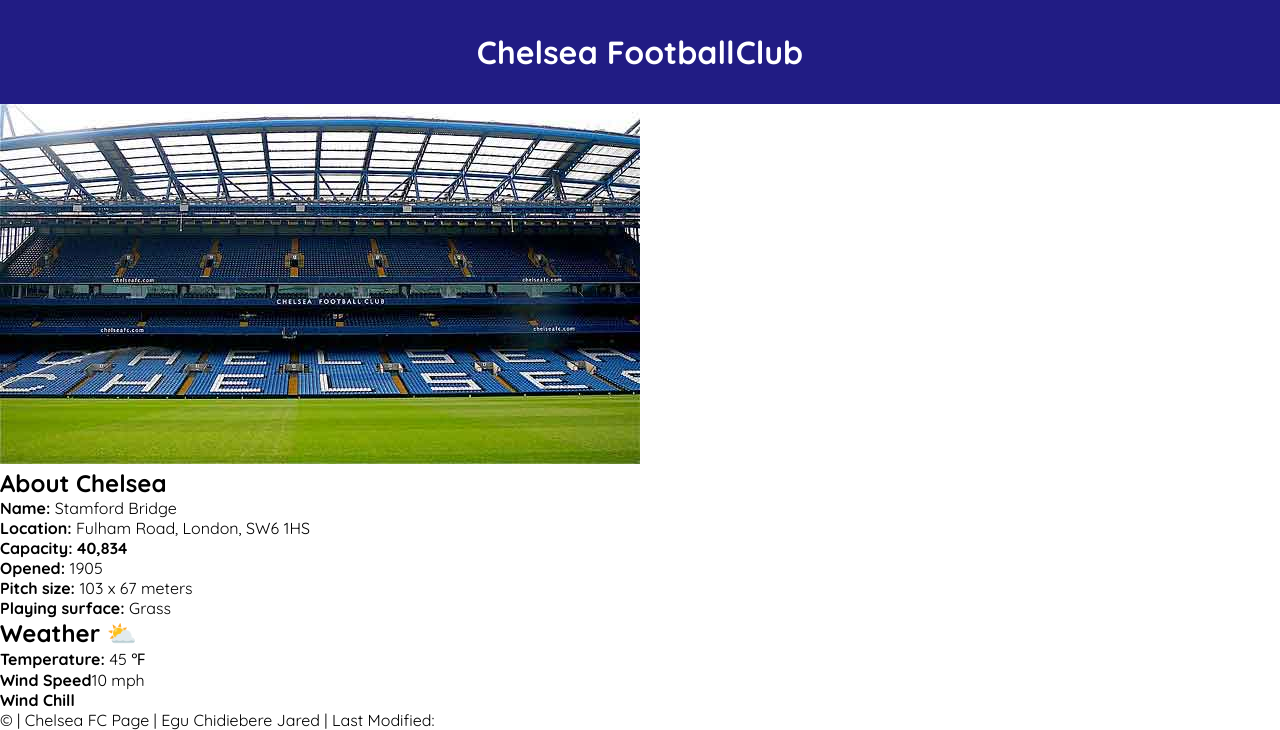
Repository: EguJaredoBoyd/wdd131
Page: place..html
An editor plug-in stored every save of this project. The page is shown before and after the next save, followed by the edit.
The browser window is 1280 px wide. The pictures show the whole page.
Some web libraries are served in a nearby version.

Above is the page before, as saved 2025-05-23 23:03:50.

### place..html
<!DOCTYPE html>
<html lang="en">

<head>
    <meta charset="UTF-8">
    <meta name="viewport" content="width=device-width, initial-scale=1.0">
    <meta name="description" content="A simple responsive webpage that shows a gallery picture of different temples">
    <meta name="author" content="Egu Chidiebere Jared">
    <title>WDD131 - Chelsea Football Club - Egu Chidiebere Jared</title>
    <link rel="preconnect" href="https://fonts.googleapis.com">
    <link rel="preconnect" href="https://fonts.gstatic.com" crossorigin>
    <link href="https://fonts.googleapis.com/css2?family=Quicksand:wght@300..700&display=swap" rel="stylesheet">
    <link rel="stylesheet" href="https://cdn.jsdelivr.net/npm/remixicon@4.6.0/fonts/remixicon.min.css">
    <link rel="stylesheet" href="./styles/place.css">
    <link rel="stylesheet" href="./styles/place-large.css">
    <script src="./scripts/place.js" defer></script>
</head>
<body>
    <header>
        <h1>Chelsea Football <span id="club"> Club</span></h1>
    </header>
    <main>
        <section>
            <picture>
                <source media="(max-width 768px)" srcset="./images/stanford-mobile-size.webp" sizes="100vw">
                <source media="(min-width: 769px)" srcset="./images/stanford-bridge.webp" sizes="100vw">
                <img src="./images/stanford-mobile-size.webp" alt="stamford bridge">
            </picture>
        </section>
        <section class="info">
            <h2>About Chelsea</h2>
            <p><strong>Name: </strong> Stamford Bridge</p>
            <p><strong>Location: </strong>Fulham Road, London, SW6 1HS</p>
            <p><strong>Capacity: 40,834</strong></p>
            <p><strong>Opened: </strong>1905</p>
            <p><strong>Pitch size: </strong>103 x 67 meters</p>
            <p><strong>Playing surface: </strong>Grass</p>
        </section>
        <section class="weather">
            <h2>Weather <span>⛅</span></h2>
            <p><strong>Temperature: </strong><span id="temp">45</span> ℉</p>
            <p><strong>Wind Speed</strong><span id="speed">10</span> mph</p>
            <p><strong>Wind Chill</strong><span id="chill"></span></p>
        </section>
    </main>
    <footer>
        <p>&copy; <span id="year"></span> | Chelsea FC Page | Egu Chidiebere Jared |  Last Modified: <span id="lastModified"></span></p>
    </footer>

</body>
</html>

### styles/place.css
:root {
    --primary-color: #211C84;
    --secondary-color: #4D55CC;
    --accent-color:#7A73D1;
    --font-stack:"Quicksand", sans-serif;

}
*{
    margin: 0;
    padding: 0;
    box-sizing: border-box;
    font-family: var(--font-stack);
}
header{
    width: 100%;
    background-color: var(--primary-color);
    color: white;
    padding: 2rem;

}
header h1{
    display: flex;
    justify-content: center;
    gap: 1px;
}

Loaded but not shown: styles/place-large.css (no stored copy; drawn as an empty file); scripts/place.js (no stored copy; drawn as an empty file)

After the next save:
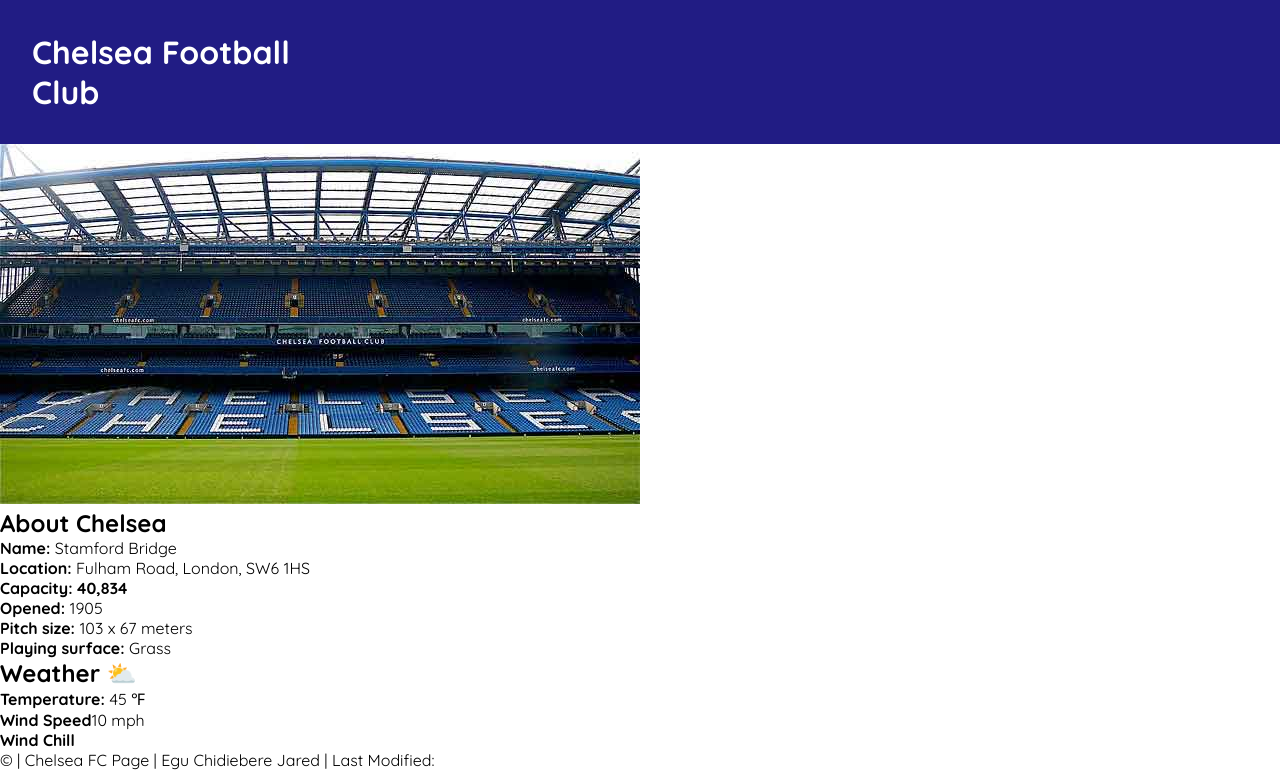
Saved 25 s later.
--- a/styles/place.css
+++ b/styles/place.css
@@ -20,6 +20,6 @@
 }
 header h1{
     display: flex;
+    flex-direction: column;
     justify-content: center;
-    gap: 1px;
 }
